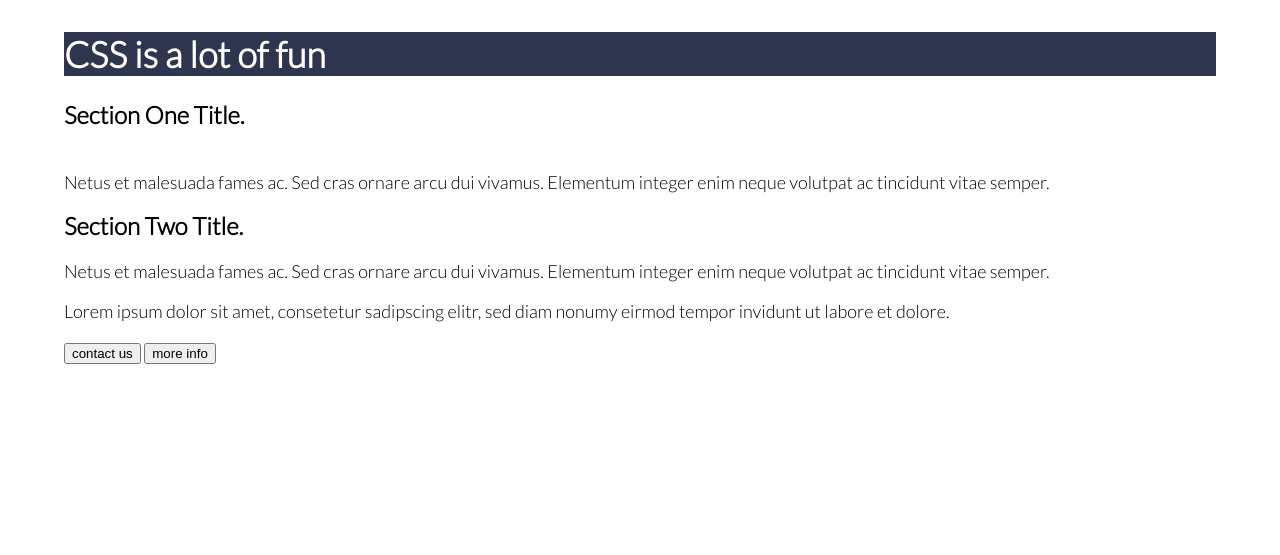
Repository: Doumham-Armah/sample-landing-page
Page: index.html
These files come from the project's save history. The page is drawn as it stood at one moment and after the next save; the edit follows.
The browser window is 1280 px wide. The pictures show the whole page.

Above is the page before, as saved 2021-08-16 12:40:40.

### index.html
<!DOCTYPE html>
<html lang="en">
  <head>
    <meta charset="UTF-8" />
    <meta http-equiv="X-UA-Compatible" content="IE=edge" />
    <meta name="viewport" content="width=device-width, initial-scale=1.0" />
    <title>Document</title>
    <link rel="preconnect" href="https://fonts.googleapis.com" />
    <link rel="preconnect" href="https://fonts.gstatic.com" crossorigin />
    <link
      href="https://fonts.googleapis.com/css2?family=Lato:wght@300&display=swap"
      rel="stylesheet"
    />
    <link href="./style.css" rel="stylesheet" />
  </head>

  <body>
    <header>
      <div class="container">
        <h1>CSS is a lot of fun</h1>
      </div>
    </header>

    <section class="section-one">
      <div class="container">
        <h2>Section One Title.</h2>
        <img src="" alt="" />
        <p>
          Netus et malesuada fames ac. Sed cras ornare arcu dui vivamus.
          Elementum integer enim neque volutpat ac tincidunt vitae semper.
        </p>
      </div>
    </section>

    <section class="section-two">
      <div class="container">
        <h2>Section Two Title.</h2>
        <p>
          Netus et malesuada fames ac. Sed cras ornare arcu dui vivamus.
          Elementum integer enim neque volutpat ac tincidunt vitae semper.
        </p>
        <p>
          Lorem ipsum dolor sit amet, consetetur sadipscing elitr, sed diam
          nonumy eirmod tempor invidunt ut labore et dolore.
        </p>
        <button>contact us</button>
        <button>more info</button>
      </div>
    </section>
  </body>
</html>

### style.css
body {
  margin: 0;
  font-family: "Lato", sans-serif;
  font-size: 18px;
  margin: 2rem 4rem;
}
header,
.two {
  background-color: #2e354f;
  color: white;
}

h1 {
  font-size: 36px;
}
h2 {
  font-size: 24px;
}
h2,
p {
  margin-top: 0;
}

After the next save:
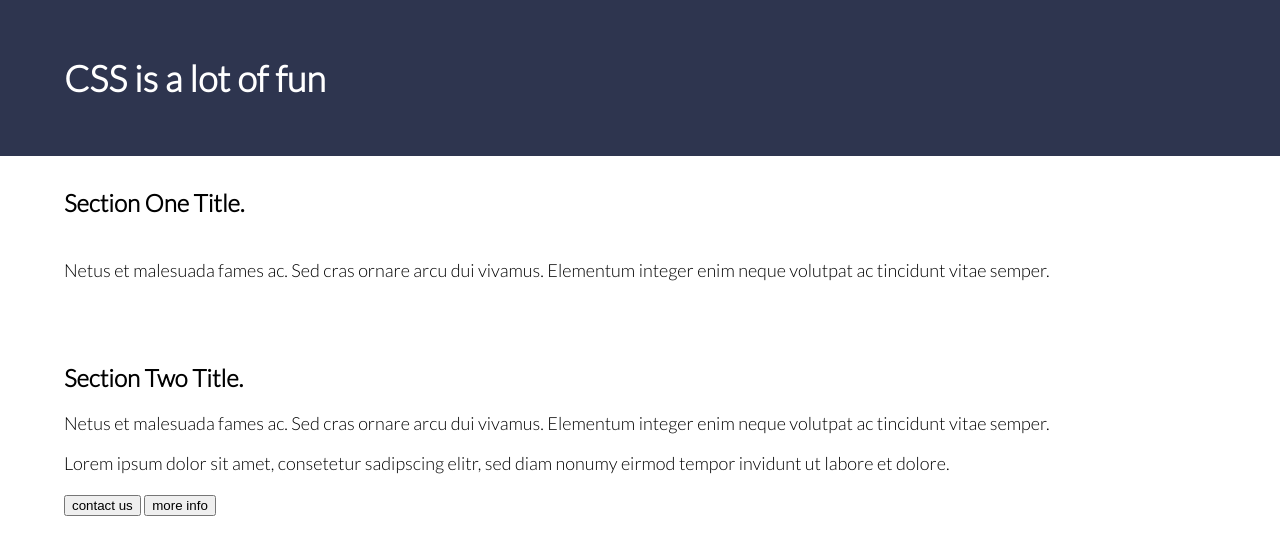
Saved 62 s later.
--- a/style.css
+++ b/style.css
@@ -2,7 +2,9 @@ body {
   margin: 0;
   font-family: "Lato", sans-serif;
   font-size: 18px;
-  margin: 2rem 4rem;
+}
+.container {
+  padding: 2rem 4rem;
 }
 header,
 .two {
